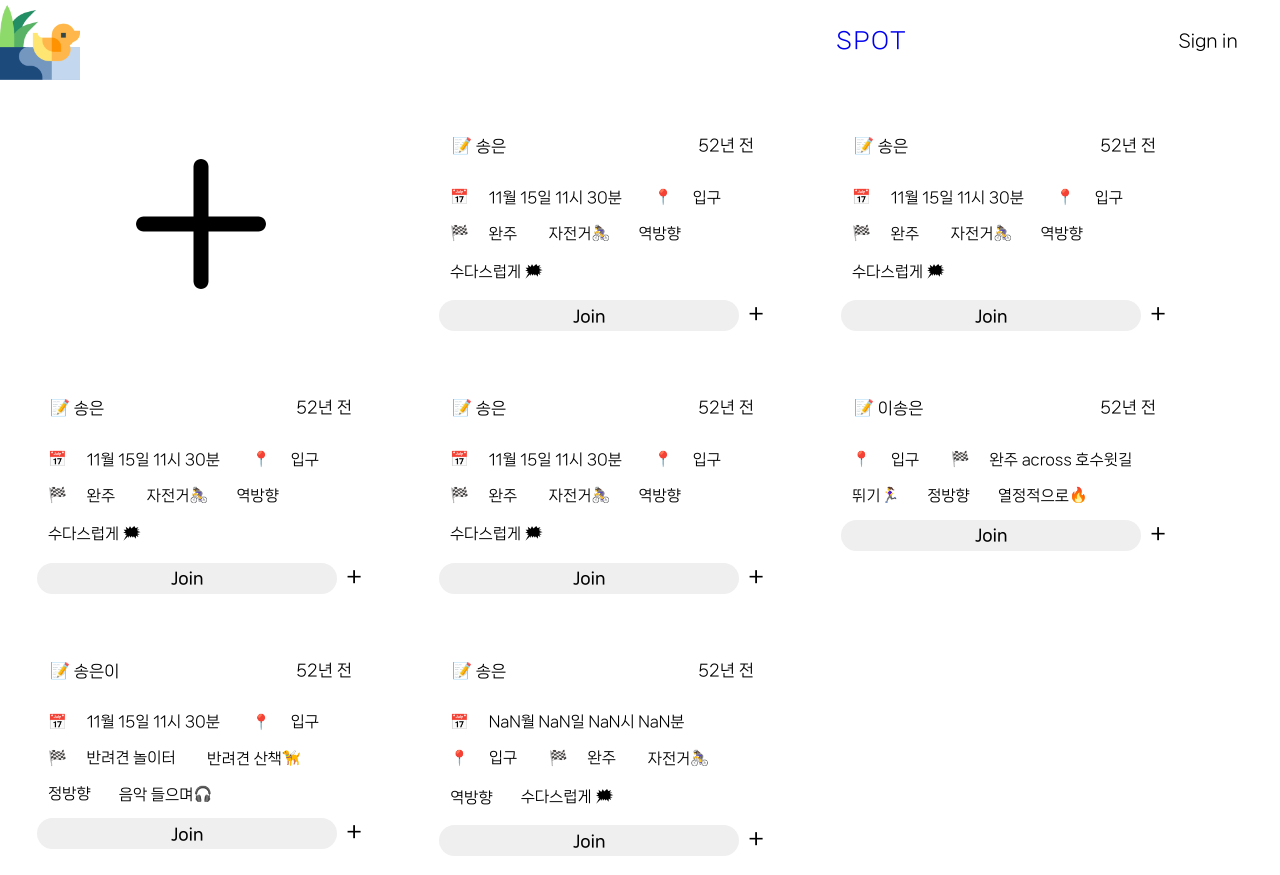
Repository: songeunleee/youngrangho
Page: /
An editor plug-in stored every save of this project. The page is shown before and after the next save, followed by the edit.
The browser window is 1280 px wide. The pictures show the whole page.
The page's requests for data from a server got no answer. Some web libraries are served in a nearby version. The project was rebuilt for these pictures with package versions that can differ from the ones it lists, and the page was loaded fresh each time. Some packages were replaced by stand-ins written for this rebuild. No one was signed in, and anything a server would have sent is missing. Also part of the build but not shown: src/app.module.css, src/components/add_card/add_card.module.css, src/components/add_card/add_card.jsx, src/components/activity/activity.module.css, src/components/add_form/add_form.module.css, src/components/add_form/add_form.jsx, src/components/footer/footer.module.css, src/components/footer/footer.jsx and 10 more.

Above is the page before, as saved 2022-11-12 05:36:02.

### public/index.html
<!DOCTYPE html>
<html lang="en">
  <head>
    <meta charset="utf-8" />
    <script src="https://cdn.jsdelivr.net/npm/sweetalert2@10"></script>
    <script
      src="https://kit.fontawesome.com/7fb71a1d7b.js"
      crossorigin="anonymous"
    ></script>
    <link rel="icon" href="%PUBLIC_URL%/favicon.ico" />
    <meta name="viewport" content="width=device-width, initial-scale=1" />
    <meta name="theme-color" content="#000000" />
    <link rel="preconnect" href="https://fonts.googleapis.com" />
    <link rel="preconnect" href="https://fonts.gstatic.com" crossorigin />
    <link
      href="https://fonts.googleapis.com/css2?family=Noto+Sans+KR:wght@100;300;400&family=Noto+Serif+KR:wght@200;400&family=Varela+Round&display=swap"
      rel="stylesheet"
    />

    <meta
      name="description"
      content="Web site created using create-react-app"
    />
    <link rel="apple-touch-icon" href="%PUBLIC_URL%/logo192.png" />
    <!--
      manifest.json provides metadata used when your web app is installed on a
      user's mobile device or desktop. See https://developers.google.com/web/fundamentals/web-app-manifest/
    -->
    <link rel="manifest" href="%PUBLIC_URL%/manifest.json" />
    <!--
      Notice the use of %PUBLIC_URL% in the tags above.
      It will be replaced with the URL of the `public` folder during the build.
      Only files inside the `public` folder can be referenced from the HTML.

      Unlike "/favicon.ico" or "favicon.ico", "%PUBLIC_URL%/favicon.ico" will
      work correctly both with client-side routing and a non-root public URL.
      Learn how to configure a non-root public URL by running `npm run build`.
    -->
    <title>React App</title>
  </head>
  <body>
    <noscript>You need to enable JavaScript to run this app.</noscript>
    <div id="root"></div>
    <!--
      This HTML file is a template.
      If you open it directly in the browser, you will see an empty page.

      You can add webfonts, meta tags, or analytics to this file.
      The build step will place the bundled scripts into the <body> tag.

      To begin the development, run `npm start` or `yarn start`.
      To create a production bundle, use `npm run build` or `yarn build`.
    -->
  </body>
</html>

### src/index.css
@font-face {
  font-family: "font1";
  src: url("../public/fonts/NanumSquareNeo-aLt.ttf") format("truetype");
  font-weight: normal;
}

@font-face {
  font-family: "font2";
  src: url("../public/fonts/NanumSquareNeo-bRg.ttf") format("truetype");
  font-weight: bold;
}

@font-face {
  font-family: "font3";
  src: url("../public/fonts/NanumSquareNeo-cBd.ttf") format("truetype");
  font-weight: bold;
}

@font-face {
  font-family: "font4";
  src: url("../public/fonts/NanumSquareNeo-eHv.ttf") format("truetype");
  font-weight: bold;
}
body {
  margin: 0;
  font-family: -apple-system, BlinkMacSystemFont, "Segoe UI", "Roboto", "Oxygen",
    "Ubuntu", "Cantarell", "Fira Sans", "Droid Sans", "Helvetica Neue",
    sans-serif;
  -webkit-font-smoothing: antialiased;
  -moz-osx-font-smoothing: grayscale;
  height: 100%;
}

code {
  font-family: source-code-pro, Menlo, Monaco, Consolas, "Courier New",
    monospace;
}
html {
}
#root {
  margin: 0;
  display: flex;
  flex-direction: column;
  height: 100%;
}

### src/app.jsx
import { useEffect, useState } from "react";
import { BrowserRouter, Route, Routes } from "react-router-dom";
import styles from "./app.module.css";
import Activity from "./components/activity/activity";
import AddForm from "./components/add_form/add_form";
import Footer from "./components/footer/footer";
import Header from "./components/header/header";
import Home from "./components/home/home";
import Spot from "./components/spot/spot";

function App({ authService, fileUpload, repository }) {
  const [user, setUser] = useState(null);

  const getUser = (user) => {
    setUser(user);
  };

  useEffect(() => {
    authService.onAuthChange((user) => {
      if (user) {
        setUser(user);
      } else {
      }
    });
  }, [authService]);

  return (
    <>
      <BrowserRouter>
        <Header authService={authService} getUser={getUser} user={user} />
        <Routes>
          <Route
            path="/"
            element={
              <Activity
                authService={authService}
                repository={repository}
                user={user}
              />
            }
          />
          <Route
            path="/activity"
            element={
              <Activity
                authService={authService}
                repository={repository}
                user={user}
              />
            }
          />
          <Route
            path="/spot"
            element={
              <Spot
                authService={authService}
                user={user}
                fileUpload={fileUpload}
                repository={repository}
              />
            }
          />
          <Route
            path="/add"
            element={<AddForm user={user} repository={repository} />}
          />
        </Routes>
      </BrowserRouter>
    </>
  );
}

export default App;

### src/components/activity/activity.jsx
import { set, update } from "firebase/database";
import React from "react";
import { useState } from "react";
import { useEffect } from "react";
import { useLocation } from "react-router-dom";
import ActivityList from "../activity_list/activity_list";
import Header from "../header/header";
import styles from "./activity.module.css";

const Activity = ({ authService, user, repository }) => {
  const location = useLocation();
  const [loading, setloading] = useState(false);

  const [cards, setCards] = useState({
    1: {
      id: 1,
      userUid: "2JLdyikUkFZd8fo9REXkiLAkSfY2",
      author: "송은",
      createTime: new Date("2022-11-4"),
      appointment: " ",
      departure: "입구",
      mean: "자전거🚴‍♀️",
      course: "역방향",
      goal: "완주",
      mode: "수다스럽게 🗯",
      joinList: [
        {
          userImg: "./images/duck.png",
          name: "오리",
        },
      ],
    },
    2: {
      id: 2,
      userUid: "2JLdyikUkFZd8fo9REXkiLAkSfY2",
      author: "송은이",
      createTime: Date.now(),
      appointment: "2022-11-15 11:30",
      departure: "입구",
      goal: "반려견 놀이터",
      mean: "반려견 산책🦮",
      course: "정방향",
      mode: "음악 들으며🎧",
      joinList: [
        {
          userImg: "./images/lake (10).png",
          name: "영랑호",
        },
        {
          userImg: "./images/duck.png",
          name: "오리",
        },
      ],
    },

    3: {
      id: 3,
      userUid: "효림",
      author: "이송은",
      createTime: Date.now(),
      appointmnew: "",
      departure: "입구",
      mean: "뛰기🏃‍♀️",
      course: "정방향",
      goal: "완주 across 호수윗길",
      mode: "열정적으로🔥",
      joinList: [],
    },
    4: {
      id: 4,
      userUid: "2JLdyikUkFZd8fo9REXkiLAkSfY2",
      author: "송은",
      createTime: Date.now(),
      appointment: "2022-11-15 11:30",
      departure: "입구",
      mean: "자전거🚴‍♀️",
      course: "역방향",
      goal: "완주",
      mode: "수다스럽게 🗯",
      joinList: [
        {
          userImg: "./images/lake (11).png",
          name: "연못",
        },
      ],
    },
    5: {
      id: 5,
      userUid: "효림",
      author: "송은",
      createTime: Date.now(),
      appointment: "2022-11-15 11:30",
      departure: "입구",
      mean: "자전거🚴‍♀️",
      course: "역방향",
      goal: "완주",
      mode: "수다스럽게 🗯",
      joinList: [
        {
          userImg:
            "https://lh3.googleusercontent.com/a/ALm5wu1v7jYDpMYCLb46MQvV_oJ2PECfuAScvnY9ozwB=s96-c",
          name: "송은이",
        },
      ],
    },
    6: {
      id: 6,
      userUid: "FjWi6hSH7OeFsGGfguAPw7O3poL2",
      author: "송은",
      createTime: Date.now(),
      appointment: "2022-11-15 11:30",
      departure: "입구",
      mean: "자전거🚴‍♀️",
      course: "역방향",
      goal: "완주",
      mode: "수다스럽게 🗯",
      joinList: [
        {
          userImg: "./images/pond.png",
          name: "민지",
        },
      ],
    },
    7: {
      id: 7,
      userUid: "FjWi6hSH7OeFsGGfguAPw7O3poL2",
      author: "송은",
      createTime: Date.now(),
      appointment: "2022-11-15 11:30",
      departure: "입구",
      mean: "자전거🚴‍♀️",
      course: "역방향",
      goal: "완주",
      mode: "수다스럽게 🗯",
      joinList: [
        {
          userImg: "./images/pond.png",
          name: "민지",
        },
      ],
    },
  });

  useEffect(() => {
    setloading(true);
    const stopSynk = repository.syncActivities(user && user.uid, (cards) => {
      setCards(cards);
      setloading(false);
    });
    return () => stopSynk();
  }, [user, repository]);

  const deleteCard = (card) => {
    const updated = { ...cards };
    delete updated[card.id];
    console.log(updated);
    console.log(cards);
    setCards(updated);

    repository.removeActivity(card);
  };

  const addJoin = (card) => {
    const updated = { ...cards }; //state를 직접 수정하면 안되어서 updated에 cards를 복사하여 card안에 있는 joinlist를 추가하려고함

    if (!updated[card.id].joinList) {
      //joinlist가 없을때
      const joinList = [
        { userImg: user && user.photoURL, name: user && user.displayName },
      ];
      updated[card.id] = { ...card, joinList };

      setCards(updated);

      repository.updateActivity(card.id, updated[card.id]);
    } else {
      // updated[card.id].joinList.filter((item) => item.userImg === user.photoURL)
      //   .length === 0 &&

      const joinList = updated[card.id].joinList.concat({
        userImg: user && user.photoURL,
        name: user && user.displayName,
      });
      updated[card.id] = { ...card, joinList };

      setCards(updated);

      //근데 왜 setCards로 cards를 업데이트 하지도 않았는데 왜 추가되어있는가?(방법1 updated로 cards복사 후 updated[card.id].joinList에 push로 추가, 방법2.updated[card.id].joinList에 concat으로 추가 ) = 해결완료 근데 왜그런진 모르겠다. 분명 복사를 했는데 왜 바뀌지?
      repository.updateActivity(card.id, updated[card.id]);
    }
  };

  const DropJoin = (card) => {
    const updated = { ...cards };

    const joinList = updated[card.id].joinList.filter(
      (item) => item.userImg !== user.photoURL
    );
    updated[card.id] = { ...card, joinList };

    setCards(updated);

    repository.updateActivity(card.id, updated[card.id]);
  };

  return (
    <ActivityList
      cards={cards}
      addJoin={addJoin}
      DropJoin={DropJoin}
      user={user}
      deleteCard={deleteCard}
    />
  );
};
export default Activity;

### src/components/header/header.jsx
import React, { useEffect } from "react";
import { useState } from "react";
import { Link, useLocation } from "react-router-dom";
import styles from "./header.module.css";

const Header = ({ authService, getUser, user }) => {
  const location = useLocation().pathname;

  const isSpot = (location) => {
    return location === "/spot" ? true : false;
  };

  const onSignin = () => {
    authService.signin().then((data) => getUser(data.user));
  };

  const onSignout = () => {
    authService.signout();
    getUser(null);
  };

  return (
    <header className={styles.header}>
      <Link
        className={`${styles.logolink} ${
          !isSpot(location) ? styles.activity : null
        } `}
        to={"/"}
      >
        <img className={styles.logo} src="./images/duck (1).png" alt="" />
      </Link>
      <Link
        className={`${styles.link} ${
          !isSpot(location) ? styles.activity : null
        }`}
        to={"/activity"}
      >
        ACTIVITY
      </Link>
      <Link
        className={`${styles.link} ${isSpot(location) ? styles.spot : null}`}
        to={"/spot"}
      >
        SPOT
      </Link>

      {user ? (
        <div className={styles.signIn}>
          <img className={styles.img} src={user.photoURL} alt="" />
          <p className={styles.name}>{user.displayName}</p>
          <button
            className={`${styles.button} ${styles.sign}`}
            onClick={onSignout}
          >
            Sign out
          </button>
        </div>
      ) : (
        <button className={`${styles.button}`} onClick={onSignin}>
          Sign in
        </button>
      )}
    </header>
  );
};

export default Header;

### src/components/activity_list/activity_list.jsx
import React from "react";
import { useNavigate } from "react-router-dom";
import ActivityItem from "../activity_item/activity_item";
import AddCard from "../add_card/add_card";
import styles from "./activity_list.module.css";

const ActivityList = ({ cards, user, addJoin, DropJoin, deleteCard }) => {
  const navigate = useNavigate();
  const clickAddCard = () => {
    navigate("/add");
  };
  return (
    <section className={styles.container}>
      <div className={styles.list}>
        <div onClick={clickAddCard} className={styles.box}>
          <div className={styles.addCard}>
            <i className={`fa-solid fa-plus ${styles.img}`}></i>
          </div>
        </div>
        {Object.keys(cards)
          .map((key) => (
            <ActivityItem
              key={key}
              card={cards[key]}
              user={user}
              addJoin={addJoin}
              DropJoin={DropJoin}
              deleteCard={deleteCard}
            />
          ))
          .reverse()}
      </div>
    </section>
  );
};

export default ActivityList;

### src/components/header/header.module.css
@value mainBlue, mainLightBlue,sideBlue, textWhite from '../../common/colors.css';
@value mediaQuery3 from '../../common/size.css';

.header {
  display: flex;
  height: 5rem;
  align-items: center;
  position: relative;
}
.logolink {
  height: 100%;
}

.logolink.activity {
  background-color: white;
}
.logo {
  height: 100%;

  transition: all 150ms ease-in;
}

.logo:hover {
  background-color: mainBlue;
}
.link {
  height: 100%;
  display: flex;
  justify-content: center;
  align-items: center;
  flex: 0.8;
  text-decoration: none;
  color: mainBlue;
  font-size: 1.4rem;
  font-family: "font2";
  letter-spacing: 2px;
  font-weight: 500;
  text-align: center;
  transition: letter-spacing 150ms ease-in;
}

.link.spot {
  background-color: mainBlue;
  color: white;
}

.link.activity {
  background-color: mainBlue;
  color: white;
}

.signIn {
  flex: 0.4;
  display: flex;
  justify-content: center;
  align-items: center;
  padding-left: 0.5rem;
  padding-right: 0.5rem;
}

.img {
  border-radius: 50%;
  width: 50px;
  height: 50px;
}

.name {
  padding-left: 1rem;
  padding-right: 1rem;
  font-family: "font3";
  color: sideBlue;
}

.button.sign {
  flex: 0.6;
  width: 100%;
}

.button {
  font-size: 1.1rem;
  font-weight: 500;
  font-family: "font2";
  flex: 0.2;
  background: none;
  cursor: pointer;
  border: none;
  color: mainBlue;
  transition: letter-spacing 250ms ease-in;
}

.link:hover {
  letter-spacing: 0;
}

.button:hover {
  letter-spacing: 1px;
}

@media screen and (max-width: mediaQuery3) {
  .name {
    display: none;
  }
  .img {
    display: none;
  }
  .logolink {
    display: none;
  }
}

### src/components/activity_list/activity_list.module.css
@value mediaQuery1, mediaQuery2 from '../../common/size.css';
@value joinColor,deleteColor,mainBlue,mainLightBlue,sideBlue,textWhite from '../../common/colors.css';

.container {
  display: flex;
  justify-content: center;
}

.box {
  margin: 1rem 1rem;
  margin-bottom: 0;
  padding: 0.5rem 10px;
  width: 350px;
  transition: all ease-in 200ms;
}

.addCard {
  display: flex;
  justify-content: center;
  align-items: center;
  border: 5px dashed mainLightBlue;
  height: 224px;
  animation: fade-in 1s;
  animation-fill-mode: forwards;

  border-radius: 18px;
}

.img {
  font-size: 10rem;
  font-weight: 100;
  color: mainLightBlue;
}

.box:hover {
  transform: scale(1.02);
}

.list {
  width: 1300px;
  display: flex;

  flex-wrap: wrap;

  margin-top: 0.5rem;
}

@media screen and (max-width: mediaQuery1) {
  .list {
    width: 805px;
  }
}

@media screen and (max-width: mediaQuery2) {
  .list {
    width: 450px;
  }
}

### src/components/join_list/join_list.jsx
import React from "react";
import JoinItem from "../join_item/join_item";
import styles from "./join_list.module.css";
const JoinList = ({ joinList }) => {
  return (
    <div>
      {joinList.map((user, i) => (
        <JoinItem key={user.userImg} user={user} />
      ))}
    </div>
  );
};

export default JoinList;

### src/components/activity_item/activity_item.module.css
@value joinColor,deleteColor,mainBlue,mainLightBlue,sideBlue,textWhite from '../../common/colors.css';

* {
  font-family: font2;
}

.container {
  margin: 1rem 1rem;
  margin-bottom: 0;
  padding: 0.5rem 10px;
  width: 350px;
  justify-items: center;
}

.card {
  border: 1px mainLightBlue solid;

  padding: 0.5rem 0.5rem;
  animation: fade-in 1s;
  animation-fill-mode: forwards;
}
.info {
  display: flex;
  justify-content: space-between;
  padding: 0.5rem;
  padding-bottom: 1rem;
  margin: 0.5rem;

  border-bottom: 1px dashed mainBlue;
}
.author {
  margin: 0;
}
.createTime {
  margin: 0;
}

.contentBox {
  display: flex;
  flex: 1;
  align-items: center;
}
.content {
  display: flex;
  flex-wrap: wrap;
}
.chip {
  font-size: 15px;
  flex-wrap: nowrap;
  background-color: mainLightBlue;
  width: fit-content;
  border-radius: 18px;
  padding: 5px 10px;
  margin: 0.25rem 0.25rem;
  display: flex;
  align-items: center;
  cursor: pointer;
  transition: transform 200ms ease-in;
}

.chip.appointment {
  background-color: mainBlue;
}

.chip.goal {
  padding-top: 0;
  padding-bottom: 0;
}

.G {
  position: relative;
  background-color: sideBlue;
  border-radius: 18px;
  padding-top: 5px;
  padding-bottom: 5px;
  padding-right: 10px;
  padding-left: 10px;
  right: 10px;
}

.chip:hover {
  filter: brightness(95%);
}
.chipDelete {
  display: none;
  color: rgb(255, 255, 255);
  margin-left: 0.3rem;
  opacity: 0.9;
  border: none;
}

.chipDelete.showDelete {
  display: inline;
}

.btnBox {
  display: flex;
}

.display {
  display: flex;
  flex-direction: column;
  flex: 1;
}

.btns {
  font-size: 1rem;
  font-family: font3;
  padding: 0.4rem;
  margin: 0.2rem;
  margin-top: 0.4rem;
  border-radius: 18px;
  border: none;
  cursor: pointer;
  transition: all ease 200ms;
}

.joinBtn {
  display: none;
}

.joinBtn.showJoin {
  display: inline;
}

.joinBtn:hover {
  background-color: joinColor;
  transform: scale(1.02);
}

.dropBtn {
  display: none;
  background-color: joinColor;
}

.dropBtn.showDropBtn {
  display: inline;
}

.dropBtn:hover {
  background-color: lightgrey;
  transform: scale(1.02);
}

.delete {
  display: none;
  background-color: deleteColor;
}

.delete.showDelete {
  display: inline;
}

.delete:hover {
  transform: scale(1.02);
}

.joinlistBtn {
  background-color: white;
  border: none;
  font-size: 1.5rem;
  font-family: font2;
  color: sideBlue;
  cursor: pointer;
}

.joinList {
  display: none;
  padding-top: 0.25rem;
  border: 1px mainLightBlue solid;
  border-top: none;
}

.joinList.showList {
  display: flex;
  animation: fade-in 0.8s;
  animation-fill-mode: forwards;
}

@keyframes fade-in {
  0% {
    transform: translateY(-30%);
    opacity: 0;
  }
  20% {
    opacity: 0;
  }

  100% {
    transform: translateY(0);
    opacity: 1;
  }
}

### src/components/join_item/join_item.jsx
import React from "react";
import styles from "./join_item.module.css";

const JoinItem = ({ user }) => {
  return (
    <section className={styles.item}>
      <img className={styles.img} src={user.userImg} alt="" />
      <div className={styles.name}>{user.name}님이 함께하고 싶어합니다!</div>
    </section>
  );
};

export default JoinItem;

### src/components/join_item/join_item.module.css
.item {
  display: flex;
  align-items: center;
  margin: 0.5rem 0.7rem;
}

.img {
  width: 1.8rem;
  border-radius: 50%;
}

.name {
  margin-left: 0.5rem;
}

Loaded but not shown: src/service/repositiry.js (55 lines, source omitted); src/index.js (23 lines, source omitted); src/service/auth_service.js (28 lines, source omitted); src/service/firebase.js (13 lines, source omitted); src/service/file_upload.js (15 lines, source omitted); src/components/activity_item/activity_item.jsx (217 lines, source omitted); src/components/join_list/join_list.module.css (no stored copy; drawn as an empty file)

After the next save:
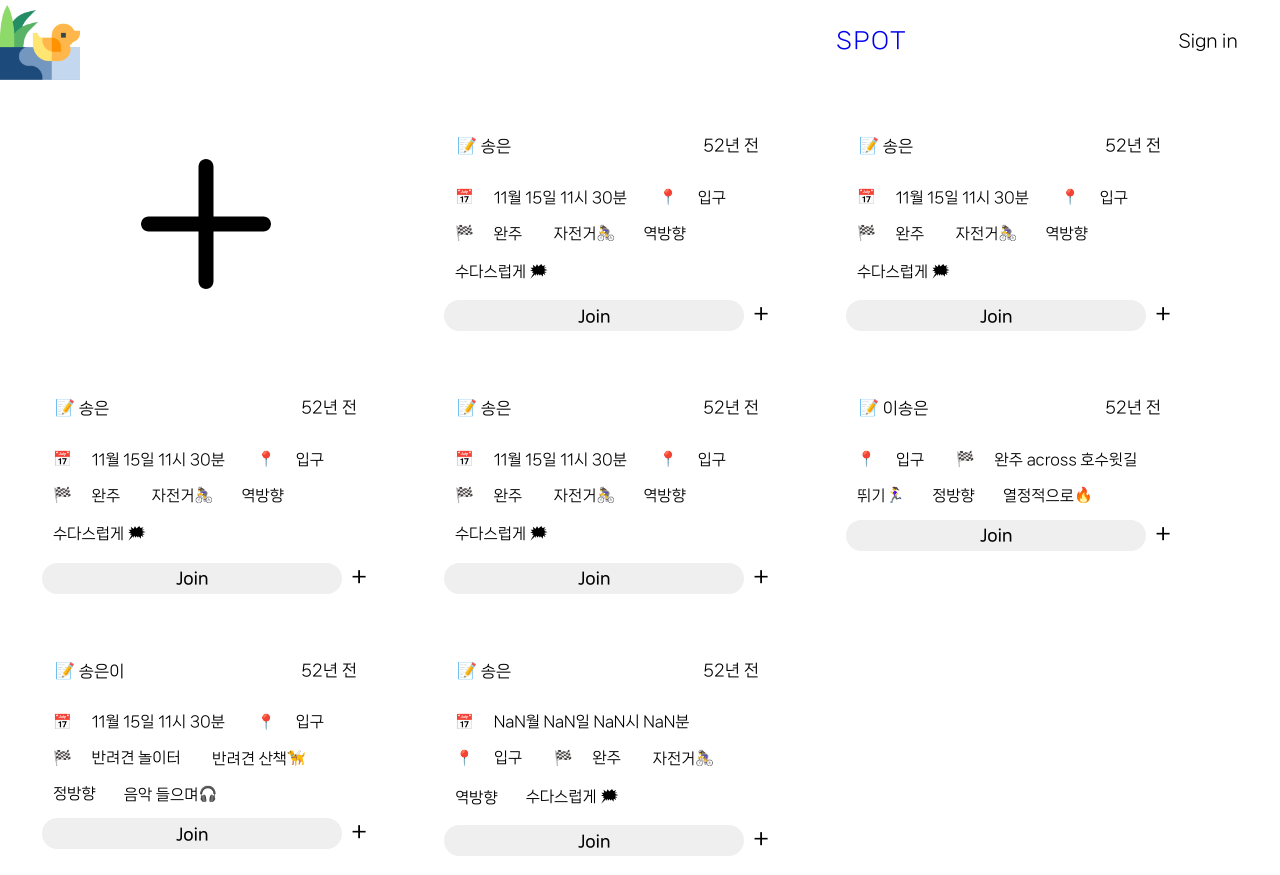
Saved 7 s later.
--- a/src/components/activity_list/activity_list.module.css
+++ b/src/components/activity_list/activity_list.module.css
@@ -37,7 +37,7 @@
 }
 
 .list {
-  width: 1300px;
+  width: 1270px;
   display: flex;
 
   flex-wrap: wrap;
